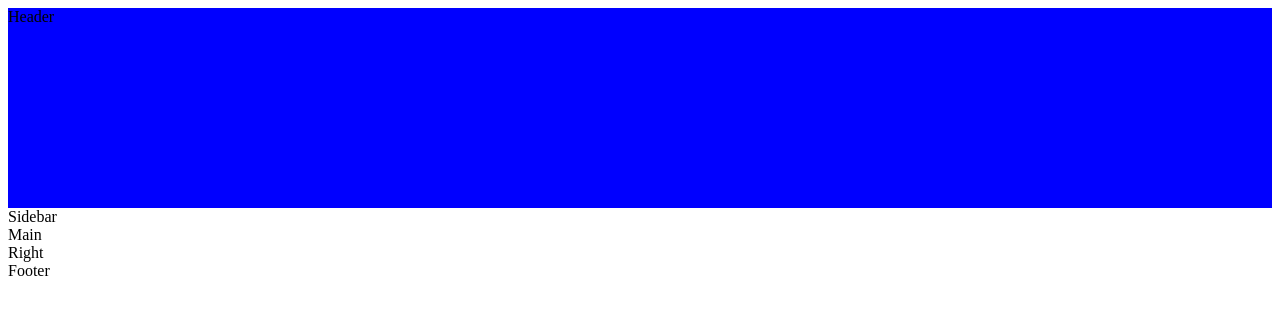
Repository: nak97/WDD-130
Page: ice challenge/ice-challenge-feb-4th/ice-challenge-grid/index.html
The author's editor kept a copy of each file at every save. The page is drawn from the files as they stood at one save, then again after the next save.
The browser window is 1280 px wide. The pictures show the whole page.

Above is the page before, as saved 2023-02-08 13:44:35.

### ice challenge/ice-challenge-feb-4th/ice-challenge-grid/index.html
<!DOCTYPE html>
<html lang="en">
<head>
  <meta charset="UTF-8">
  <meta http-equiv="X-UA-Compatible" content="IE=edge">
  <meta name="viewport" content="width=device-width, initial-scale=1.0">
  <title>Document</title>
  <link rel="stylesheet" href="index.css">
</head>
<body>
  <div class="header">
<span> Header</span>
  </div>
<div class="grid-contianer">
  <div class="sidebar">
<span> Sidebar</span>

  </div>
  <div class="main">
<span> Main</span>

  </div>

  <div class="right">
<span> Right</span>

  </div>

  <div class="footer">
<span> Footer</span>

  </div>
</div>


</body>
</html>

### ice challenge/ice-challenge-feb-4th/ice-challenge-grid/index.css
.header{
  background-color: blue;
  width: 100%;
  height: 200px;
}



.grid-container {
  display: grid;
}

After the next save:
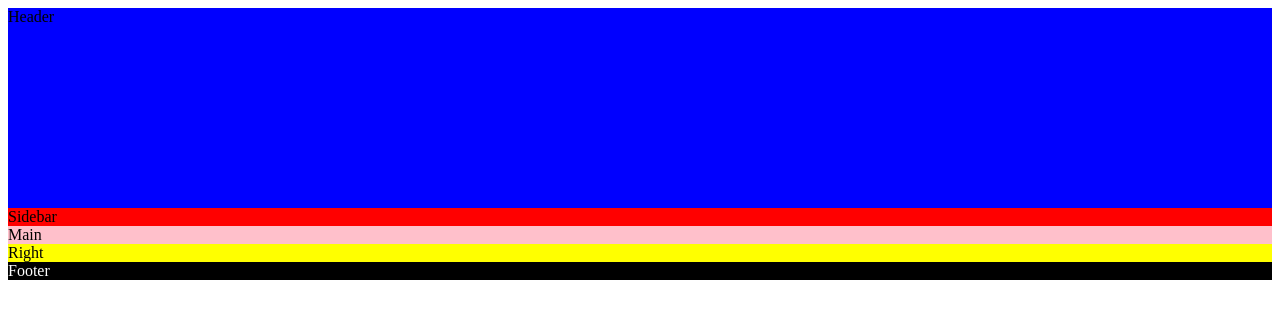
Saved 2 min 36 s later.
--- a/ice challenge/ice-challenge-feb-4th/ice-challenge-grid/index.css
+++ b/ice challenge/ice-challenge-feb-4th/ice-challenge-grid/index.css
@@ -4,8 +4,24 @@
   height: 200px;
 }
 
-
-
 .grid-container {
   display: grid;
 }
+
+.sidebar {
+  background-color: red;
+}
+
+.main {
+  background-color: pink;
+
+}
+
+.right {
+  background-color: yellow;
+}
+
+.footer {
+  background-color: black;
+color: white;
+}
